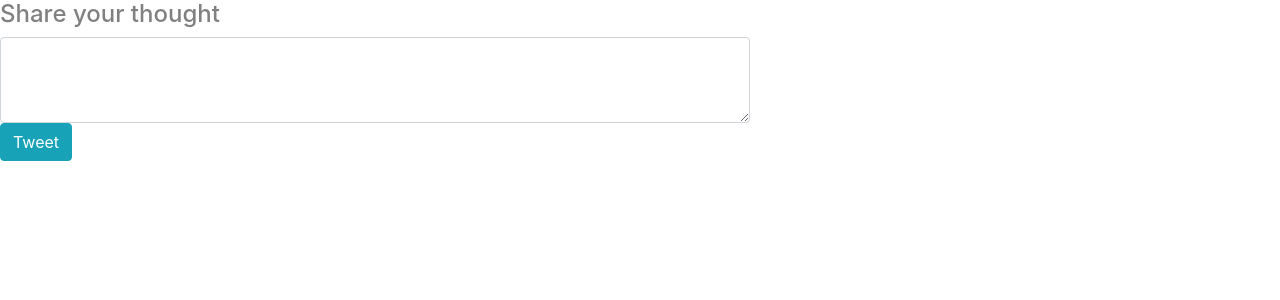
Repository: rashmikagamage/OAuth-Implementation
Page: / (app in frontend/)
These files come from the project's save history. The page is drawn as it stood at one moment and after the next save; the edit follows.
The browser window is 1280 px wide. The pictures show the whole page.
Some web libraries are served in a nearby version. The project was rebuilt for these pictures with package versions that can differ from the ones it lists, and the page was loaded fresh each time. Also part of the build but not shown: frontend/src/components/login.js, frontend/src/components/git-home.js, frontend/src/App.css.

Above is the page before, as saved 2021-09-08 10:03:39.

After the next save:
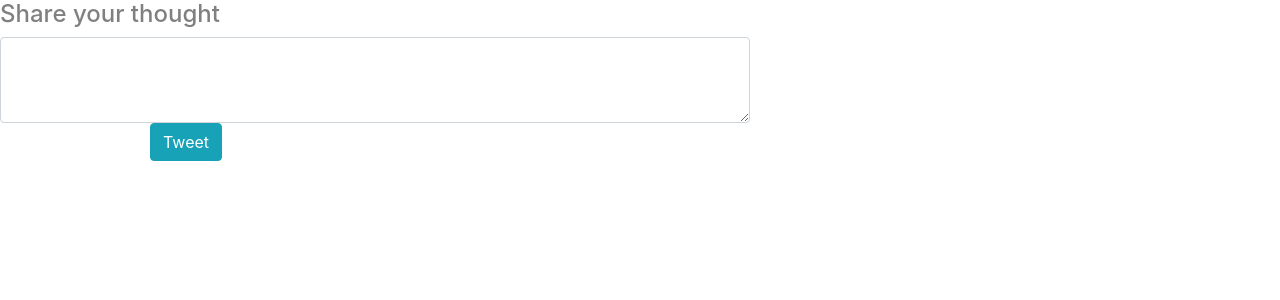
Saved 17 s later.
--- a/frontend/src/components/twitter-home.js
+++ b/frontend/src/components/twitter-home.js
@@ -11,7 +11,7 @@ function TwitterHome(props) {
     <div>
       <h4 class="tweetHeader">Share your thought</h4>
          <textarea class="form-control text" id="exampleFormControlTextarea1" rows="3"></textarea>
-        <button type="button" class="btn btn-info" onClick={() => tweet()} >Tweet</button>
+        <button type="button" class="btn btn-info twt-button" onClick={() => tweet()} >Tweet</button>
     </div>
   );
 }
